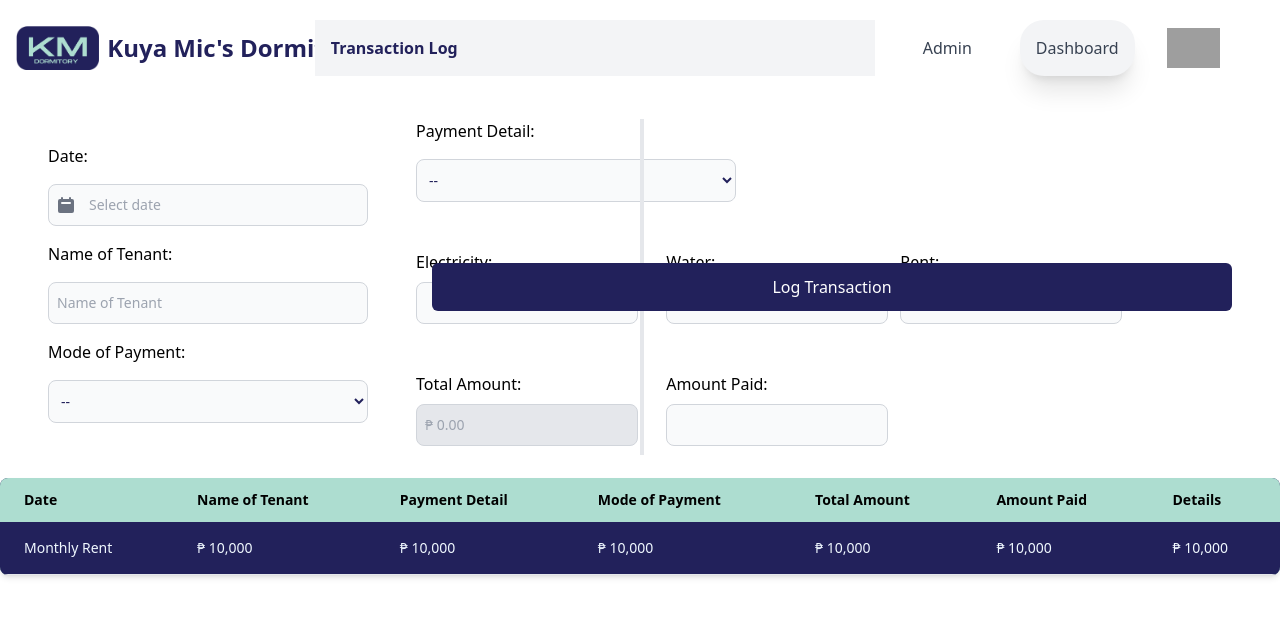
Repository: theamgri/Dormitory-Management-System
Page: paymentactivity.html
An editor plug-in stored every save of this project. The page is shown before and after the next save, followed by the edit.
The browser window is 1280 px wide. The pictures show the whole page.
Pictures or frames that could not be fetched are drawn as grey boxes. Some web libraries are served in a nearby version.

Above is the page before, as saved 2023-01-11 22:53:21.

### paymentactivity.html
<!DOCTYPE html>
<html lang="en">
<head>
    <script src="https://cdn.tailwindcss.com"></script>
    <script src="https://unpkg.com/flowbite@1.5.5/dist/datepicker.js"></script>
    <meta charset="UTF-8">
    <meta http-equiv="X-UA-Compatible" content="IE=edge">
    <meta name="viewport" content="width=device-width, initial-scale=1.0">
    <link rel="icon" type="image/x-icon" href="/assets/logo.png">
    <title>Payment Activity</title>

    <nav class="bg-white border-gray-200 px-2 sm:px-4 py-1 rounded dark:bg-gray-100">
        <div class="container flex flex-wrap items-center justify-between mx-auto">
          <a href="/" class="flex sm:items-left">
              <img src="/assets/logo.png" class="h-11" alt="KM Logo" />
              <span class="self-center align-middle pl-2 text-2xl font-Montserrat font-bold whitespace-nowrap" style="color: #22215B">Kuya Mic's Dormitory </span>
          </a>

          <button data-collapse-toggle="navbar-default" type="button" class="inline-flex items-center p-2 ml-3 text-sm text-gray-500 rounded-lg md:hidden hover:bg-gray-100 focus:outline-none focus:ring-2 focus:ring-gray-200 dark:text-gray-400 dark:hover:bg-gray-700 dark:focus:ring-gray-600" aria-controls="navbar-default" aria-expanded="false">
          <svg class="w-6 h-6" aria-hidden="true" fill="currentColor" viewBox="0 0 20 20" xmlns="http://www.w3.org/2000/svg"><path fill-rule="evenodd" d="M3 5a1 1 0 011-1h12a1 1 0 110 2H4a1 1 0 01-1-1zM3 10a1 1 0 011-1h12a1 1 0 110 2H4a1 1 0 01-1-1zM3 15a1 1 0 011-1h12a1 1 0 110 2H4a1 1 0 01-1-1z" clip-rule="evenodd"></path></svg>
          </button>
          <div class="hidden w-full md:block md:w-auto" id="navbar-default">

            <ul class="flex flex-col p-4 mt-4 border border-gray-100 rounded-lg md:flex-row md:space-x-8 md:mt-0 md:text-sm md:font-medium md:border-0">

              <li>
                <a href="#" class="block font-bold bg-gray-100 font-Montserrat text-base md:p-4" aria-current="page" style="color: #22215B; margin-left:-35rem;">Transaction Log</a>
              </li>
              <li>
                <a href="index.html" class="block font-Montserrat rounded text-base md:text-gray-700 md:p-4" aria-current="page">Admin</a>
              </li>
              <li>
                <a href="home.html" class="block shadow-xl bg-gray-100 font-Montserrat rounded-3xl text-base md:text-gray-700 md:p-4" aria-current="page">Dashboard</a>
              </li>
              <li>
                <a href="home.html" class="block py-2 pl-0 pr-4" aria-current="page"><img src="https://icones.pro/wp-content/uploads/2021/02/icone-utilisateur-gris.png" class="h-1 mr-3 sm:h-10" alt="KM Logo" /></a>
              </li>
            </ul>
          </div>

        </div>
      </nav>
</head>
<body>

  <div class="relative" style="margin: 3rem; margin-left: 3rem;">
    <h3 style="margin-bottom: 1rem;">Date:</h3>
    <div class="absolute inset-y-0 left-0 items-center pl-2 pointer-events-none" style="padding-top: 3.2rem;">

      <svg aria-hidden="true" class="w-5 h-5 text-gray-500 dark:text-gray-400" fill="currentColor" viewBox="0 0 20 20" xmlns="http://www.w3.org/2000/svg"><path fill-rule="evenodd" d="M6 2a1 1 0 00-1 1v1H4a2 2 0 00-2 2v10a2 2 0 002 2h12a2 2 0 002-2V6a2 2 0 00-2-2h-1V3a1 1 0 10-2 0v1H7V3a1 1 0 00-1-1zm0 5a1 1 0 000 2h8a1 1 0 100-2H6z" clip-rule="evenodd"></path></svg>
    </div>


    <input datepicker type="text" class="bg-gray-50 border border-gray-300 text-gray-900 text-sm rounded-lg focus:ring-blue-500 focus:border-blue-500 block w-80 pl-10 p-2.5 dark:border-gray-600 dark:placeholder-gray-400 dark:text-white dark:focus:ring-blue-500 dark:focus:border-blue-900" placeholder="Select date" style="color: #22215B;";>

  </div>

    <div>
      <div style="margin-left:3rem; margin-top: -2rem;">
      <h3>Name of Tenant:</h3>
      <input type="text" class="bg-gray-50 border border-gray-300 text-gray-900 text-sm rounded-lg focus:ring-blue-500 focus:border-blue-500 block w-80 pl-2 p-2.5 dark:border-gray-600 dark:placeholder-gray-400 dark:text-white dark:focus:ring-blue-500 dark:focus:border-blue-500" style=" margin-top: 1rem; color: #22215B;" placeholder="Name of Tenant">
    </div>
  </div>


    <div style="margin-left:3rem; margin-top: 1rem;">
    <h3>Mode of Payment:</h3>
    <select class="bg-gray-50 border border-gray-300 text-gray-900 text-sm rounded-lg focus:ring-blue-500 focus:border-blue-500 block w-80 pl-2 p-2.5 dark:border-gray-600 dark:placeholder-gray-400 dark:text-white dark:focus:ring-blue-500 dark:focus:border-blue-500" style="color: #22215B; margin-top: 1rem;" placeholder="Mode of Payment">
      <option>--</option>
      <option>Gcash</option>

        <option>Cash-Over the Counter</option>
    </select>
  </div>

<div class="sm:fixed left-1/2 w-1 bg-gray-200" style="margin-top: -19rem; height: 21rem"></div>

<div class="absolute top-15 right-12" style="margin-top: -10rem;">
  <button onclick="location.href='#'" type="submit" class="inline-block mt-0 mb-4 text-white bg-primary-600 focus:ring-4 focus:outline-none focus:ring-primary-300 font-medium rounded-md text-md px-10 py-2.5 sm:text-center" style="background-color:#22215B; height: 3rem; width: 50rem;">Log Transaction</button>
    </div>



    <div class="text" style="margin-left:25rem; margin-top: -20rem; padding: 1rem;">

        <h3>Payment Detail:</h3>
        <select class="bg-gray-50 border border-gray-300 text-gray-900 text-sm rounded-lg focus:ring-blue-500 focus:border-blue-500 block w-80 pl-2 p-2.5 dark:border-gray-600 dark:placeholder-gray-400 dark:text-white dark:focus:ring-blue-500 dark:focus:border-blue-500" style="color: #22215B; margin-top: 1rem;" placeholder="Mode of Payment">
          <option>--</option>
          <option>Gcash</option>

            <option>Cash-Over the Counter</option>
        </select>


  </div>


     <div class="inline-block" style="margin-left:25rem; margin-top: 1rem; padding: 1rem;">
        <h3 style="padding-bottom: 0.5rem">Electricity:</h3>
            <input type="text" class="bg-gray-50 border border-gray-300 text-gray-900 text-sm rounded-lg focus:ring-blue-500 focus:border-blue-500 block w-50 pl-2 p-2.5 dark:border-gray-600 dark:placeholder-gray-400 dark:text-white dark:focus:ring-blue-500 dark:focus:border-blue-500" style="color: #22215B;" placeholder="">
    </div>


    <div class="inline-block" style="margin-left:0.5rem; margin-top: 1rem;">
        <h3 style="padding-bottom: 0.5rem">Water:</h3>
            <input type="text" class="bg-gray-50 border border-gray-300 text-gray-900 text-sm rounded-lg focus:ring-blue-500 focus:border-blue-500 block w-50 pl-2 p-2.5 dark:border-gray-600 dark:placeholder-gray-400 dark:text-white dark:focus:ring-blue-500 dark:focus:border-blue-500" style="color: #22215B;" placeholder="">
    </div>


    <div class="inline-block" style="margin-left:0.5rem; margin-top: 1rem;">
        <h3 style="padding-bottom: 0.5rem">Rent:</h3>
            <input type="text" class="bg-gray-50 border border-gray-300 text-gray-900 text-sm rounded-lg focus:ring-blue-500 focus:border-blue-500 block w-50 pl-2 p-2.5 dark:border-gray-600 dark:placeholder-gray-400 dark:text-white dark:focus:ring-blue-500 dark:focus:border-blue-500" style="color: #22215B;" placeholder="">
    </div>


 <div>
    <div class="inline-block" style="margin-left:25rem; margin-top: 1rem; padding: 1rem;">
      <h3 style="padding-bottom: 0.5rem">Total Amount:</h3>
          <input type="text" class="bg-gray-200 border border-gray-300 text-gray-900 text-sm rounded-lg focus:ring-blue-500 focus:border-blue-500 block w-50 pl-2 p-2.5 dark:border-gray-600 dark:placeholder-gray-400 dark:text-white dark:focus:ring-blue-500 dark:focus:border-blue-500" style="color: #22215B;" placeholder="₱ 0.00">
  </div>


  <div class="inline-block" style="margin-left:0.5rem; margin-top: 1rem;">
      <h3 style="padding-bottom: 0.5rem">Amount Paid:</h3>
          <input type="text" class="bg-gray-50 border border-gray-300 text-gray-900 text-sm rounded-lg focus:ring-blue-500 focus:border-blue-500 block w-50 pl-2 p-2.5 dark:border-gray-600 dark:placeholder-gray-400 dark:text-white dark:focus:ring-blue-500 dark:focus:border-blue-500" style="color: #22215B;" placeholder="">

        </div>


</div>
</div>

<div class="mt-4 relative overflow-x-auto shadow-md sm:rounded-lg" style="background-color:#22215B;">
  <table class="w-full text-sm text-left" style="background-color: #ADDDD0">

    <thead class="text-md">


        <tr><th scope="col" class="px-6 py-3">
          Date
    </th>
      <th scope="col" class="px-6 py-3">
          Name of Tenant
      </th>
      <th scope="col" class="px-6 py-3">
        Payment Detail
      </th>
      <th scope="col" class="px-6 py-3">
        Mode of Payment
      </th>
      <th scope="col" class="px-6 py-3">
        Total Amount
      </th>
      <th scope="col" class="px-6 py-3">
        Amount Paid
      </th>
      <th scope="col" class="px-6 py-3">
        Details
      </th>
     </tr>
    </thead>





    <tbody style="background-color:#22215B; color:aliceblue;">
      <tr class="border-b ">
        <th scope="row" class="px-6 py-4 font-medium">
            Monthly Rent
        </th><th scope="row" class="px-6 py-4 font-medium">
          ₱ 10,000
      </th>
    </th><th scope="row" class="px-6 py-4 font-medium">
      ₱ 10,000
  </th>
</th><th scope="row" class="px-6 py-4 font-medium">
  ₱ 10,000
</th>
</th><th scope="row" class="px-6 py-4 font-medium">
  ₱ 10,000
</th>
</th><th scope="row" class="px-6 py-4 font-medium">
  ₱ 10,000
</th>
</th><th scope="row" class="px-6 py-4 font-medium">
  ₱ 10,000
</th>
    </tr>




</tr>


      </tbody>

  </table>

</div>






</body>
</html>

After the next save:
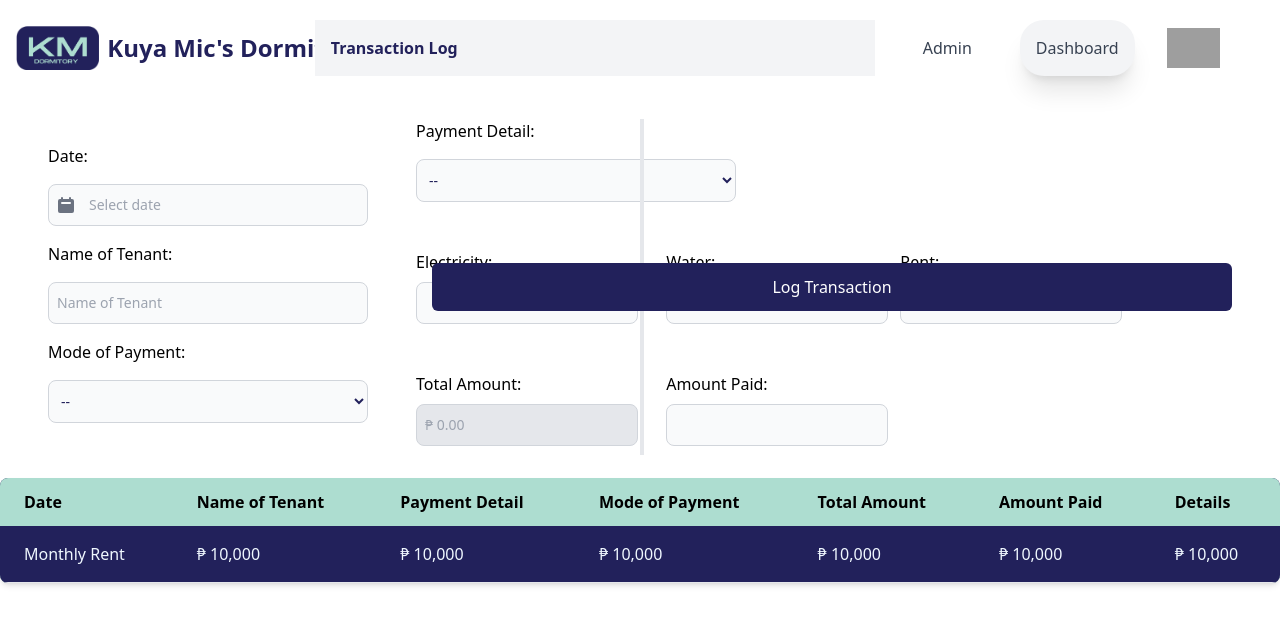
Saved 38 s later.
--- a/paymentactivity.html
+++ b/paymentactivity.html
@@ -131,7 +131,7 @@
 </div>
 
 <div class="mt-4 relative overflow-x-auto shadow-md sm:rounded-lg" style="background-color:#22215B;">
-  <table class="w-full text-sm text-left" style="background-color: #ADDDD0">
+  <table class="w-full text-md text-left" style="background-color: #ADDDD0">
 
     <thead class="text-md">
 

After the save that followed:
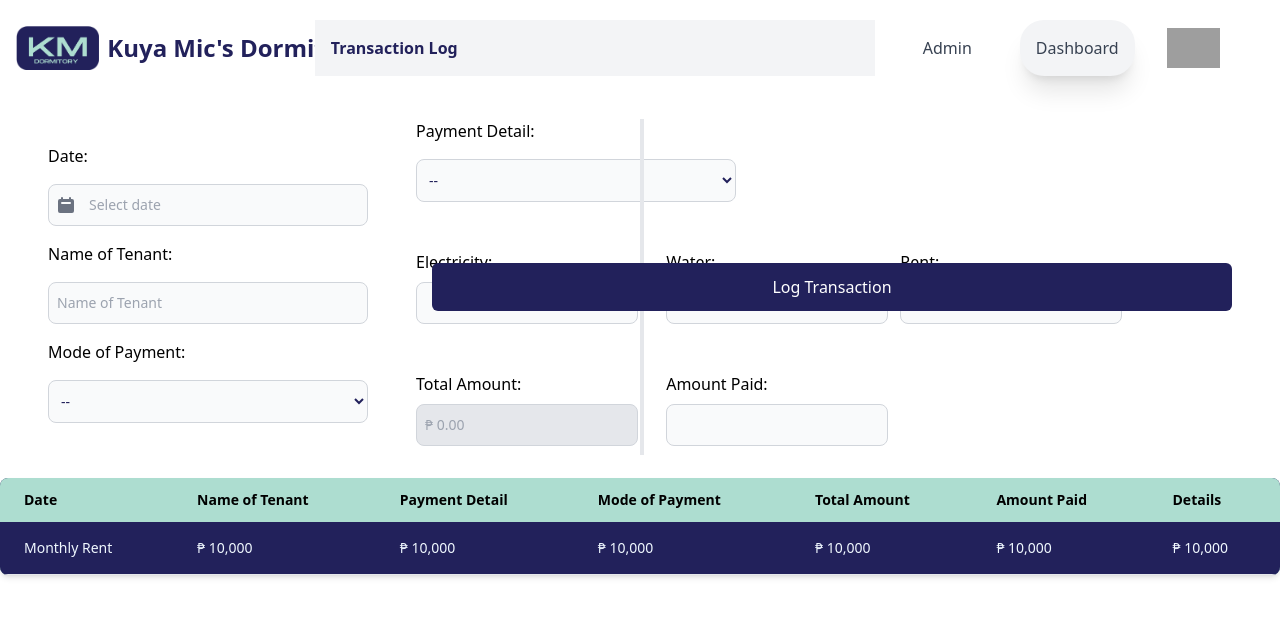
Saved 26 s later.
--- a/paymentactivity.html
+++ b/paymentactivity.html
@@ -131,7 +131,7 @@
 </div>
 
 <div class="mt-4 relative overflow-x-auto shadow-md sm:rounded-lg" style="background-color:#22215B;">
-  <table class="w-full text-md text-left" style="background-color: #ADDDD0">
+  <table class="w-full text-sm text-left" style="background-color: #ADDDD0">
 
     <thead class="text-md">
 
@@ -166,7 +166,7 @@
 
     <tbody style="background-color:#22215B; color:aliceblue;">
       <tr class="border-b ">
-        <th scope="row" class="px-6 py-4 font-medium">
+        <th scope="row" class="px-6 py-4 text-md font-medium">
             Monthly Rent
         </th><th scope="row" class="px-6 py-4 font-medium">
           ₱ 10,000
